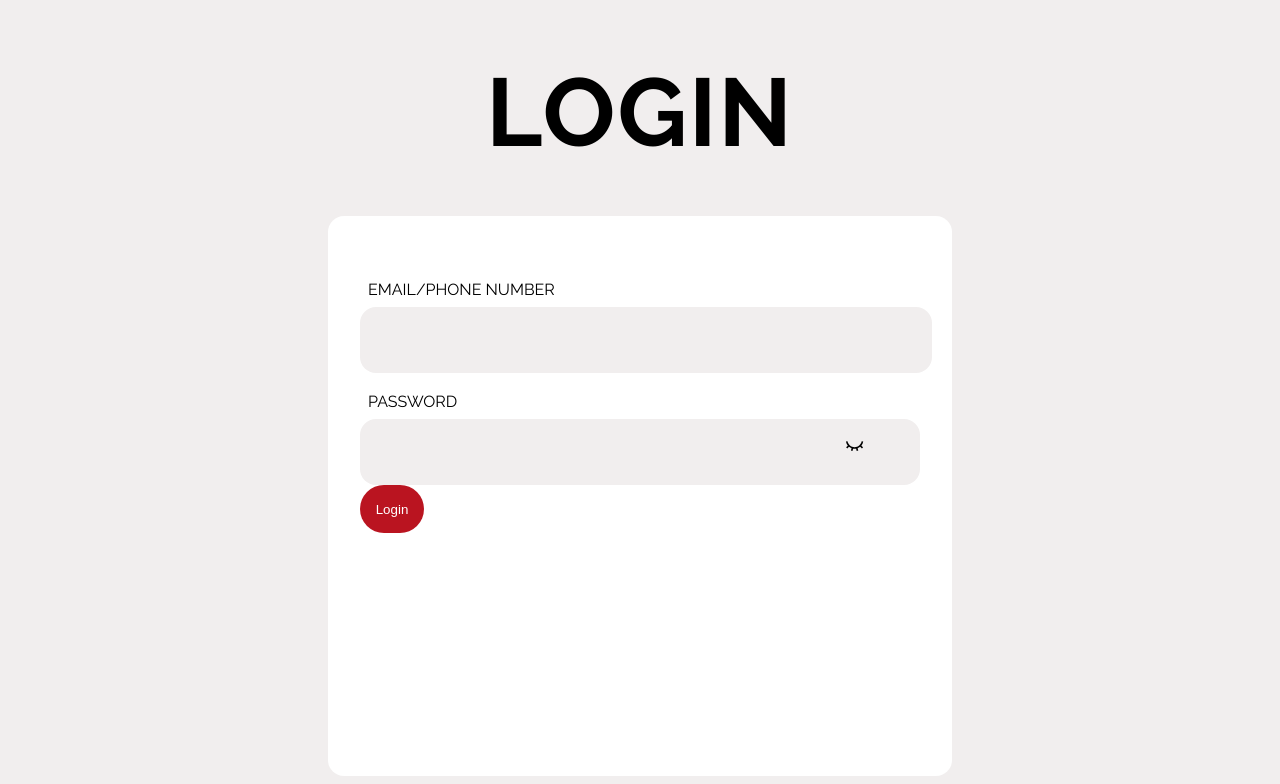
Repository: rehamtaher10/thirdReactTask
Page: /
These files come from the project's save history. The page is drawn as it stood at one moment and after a run of saves; the edit follows.
The browser window is 1280 px wide. The pictures show the whole page.
The project was rebuilt for these pictures with package versions that can differ from the ones it lists, and the page was loaded fresh each time. Also part of the build but not shown: vite.config.js, src/components/HomePage/Home.jsx, src/style/navBar.css, src/components/Navbar.jsx, src/components/Layout/Layout.jsx, src/components/AboutPage/About.jsx, src/style/contactUs.css, src/components/ContactUsPage/ContactUs.jsx and 2 more.

Above is the page before, as saved 2024-12-02 01:02:48.

### src/App.jsx
import React from "react";
import Home from "./components/HomePage/Home";
import { createBrowserRouter, RouterProvider } from "react-router-dom";
import Layout from "./components/Layout/Layout";
import About from "./components/AboutPage/About";
import ContactUs from "./components/ContactUsPage/ContactUs";
import Service from "./components/ServicePage/Service";
import LoginPage from "./components/loginPage/LoginPage"

export default function App() {
  const Routing = createBrowserRouter([
    { path: "", element: <LoginPage /> },
    {
      path: "home",
      element: <Layout />,
      // errorElement: <h1>404 Not Found</h1>,
      children: [
        { path: "", element: <Home /> },
        { path: "about", element: <About /> },
        { path: "service", element: <Service /> },
        {
          path: "contact",
          element: <ContactUs />,
          children: [
            { index: true, element: <h1>Contact us Form</h1> },
            { path: "location", element: <h1>Contact us Location</h1> },
            { path: "emails", element: <h1>Contact us Emails</h1> },
            { path: "phone-number", element: <h1>Phone Number</h1> },
          ],
        },
        { path: "*", element: <section>Not Found Page</section> },
      ],
    },
  ]);
  return <RouterProvider router={Routing} />;
}

### src/components/loginPage/LoginPage.jsx
import { Form, Formik } from "formik";
import React from "react";
import { useNavigate } from "react-router-dom";
import * as Yup from "yup";
import WrapperInput from "../wrapperInput/WrapperInput";
import "../../style/loginPage.css";
export default function LoginPage() {
  const navigate = useNavigate();

  const validationSchema = Yup.object({
    email: Yup.string()
      .email("Must Be Like E-mail Format")
      .required("E-mail is Requird"),
    password: Yup.string().min(7).max(15).required("Password is Requird"),
  });
  const initialValues = {
    email: "",
    password: "",
  };
  const onSubmit = (values) => {
    console.log(values);
    navigate("/home");
  };

  return (
    <div className="loginComponent">
      <h1>Login</h1>
      <Formik
        initialValues={initialValues}
        onSubmit={onSubmit}
        validationSchema={validationSchema}
      >
        <Form>

          <WrapperInput name={"email"} label="Email/PHONE NUMBER" isDefault />
          <br/>
          <WrapperInput name={"password"}  label="PASSWORD" isPassword />
          <button type="submit" className="loginButton">login</button>
        </Form>
      </Formik>
    </div>
  );
}

### src/components/wrapperInput/WrapperInput.jsx
import { ErrorMessage, Field } from "formik";
import React from "react";
import ErrorMessageField from "./ErrorMessageField";
import { RiEyeLine, RiEyeCloseLine } from "react-icons/ri";
import { useState } from "react";

export default function WrapperInput({
  name,
  placeholder,
  isDefault,
  isPassword,
  label,
}) {
  const [showPassword, setShowPassword] = useState(false);

  const togglePasswordVisibility = () => {
    setShowPassword((prev) => !prev);
  };
  return (
    <div className="wrapper_input">
      {label && <label htmlFor={name}>{label}</label>}
      <br />
      {isDefault && <Field name={name} placeholder={placeholder} />}
      {isPassword && (
        <div className="password-wrapper">
          <Field id={name} name={name}>
            {({ field }) => (
              <input
                type={showPassword ? "text" : "password"}
                {...field}
                placeholder={placeholder}
                autoComplete="off" /* Disables browser icon */
                className="custom-password-input"
              />
            )}
          </Field>
          <button
            type="button"
            onClick={togglePasswordVisibility}
            className="toggle-password-btn"
            aria-label="Toggle password visibility"
          >
            {showPassword ? <RiEyeLine /> : <RiEyeCloseLine />}
          </button>
        </div>
      )}
      <ErrorMessage name={name} component={ErrorMessageField} />
    </div>
  );
}

// React Basics (Folder Structure - Components - Props - State)
// Style (External - Sass + Bem - Bootrstrap  - MUI)
// Hooks (UseState - UseEffect - UseContext - UseRef)
// Routes (React Router Dom)
// Formik + Yup
// State Management (React Query + Redux)

### src/style/loginPage.css
@import url('https://fonts.googleapis.com/css2?family=Raleway:ital,wght@0,100..900;1,100..900&display=swap');

body {
  background-color: rgb(241, 238, 238);
}
.loginComponent {
  display: flex;
  flex-direction: column;
  justify-content: center;
  align-items: center;
}
.loginComponent h1 {
  font-family: "Raleway", sans-serif;
  font-size: 6rem;
  text-transform: uppercase;
  letter-spacing: 2px;
  margin-block: 3rem;
}
.loginComponent form{
    font-family: "Raleway", sans-serif;
    background-color: white;
    width: 35rem;
    height: 27rem;
    border-radius: 1rem;
    padding-inline: 2rem;
    padding-block: 4rem;
}
.loginComponent form label{
    text-transform: uppercase;
    padding-inline: .5rem;
}
.loginComponent form input{
    width: 100%;
    height: 4rem;
    background-color: rgb(241, 238, 238);
    border: none;
    border-radius: 1rem;
    margin-top: .5rem;
    padding-inline-start: 10px;
}
.loginComponent form .loginButton{
    border: none;
    border-radius: 2rem;
    background-color: #ba1420;
    text-align: center;
    color: white;
    text-transform: capitalize;
    width: 4rem;
    height: 3rem;
    margin-block: ;
}
.error {
    color: #ba1420;
  }
  .password-wrapper {
    position: relative;
    display: flex;
    align-items: center;
  }

  .toggle-password-btn {
    position: absolute;
    right: 50px;
    background: none;
    border: none;
    cursor: pointer;
    font-size: 1.2rem;
  }
  .custom-password-input::-ms-reveal,
  .custom-password-input::-ms-clear {
    display: none;
  }

  .custom-password-input::-webkit-inner-spin-button,
  .custom-password-input::-webkit-outer-spin-button,
  .custom-password-input::-webkit-textfield-decoration-container {
    display: none;
  }

  .custom-password-input {
    -webkit-text-security: none; /* Removes browser styling */
  }

Loaded but not shown: index.html (common file); src/main.jsx (common file)

After the next 2 saves:
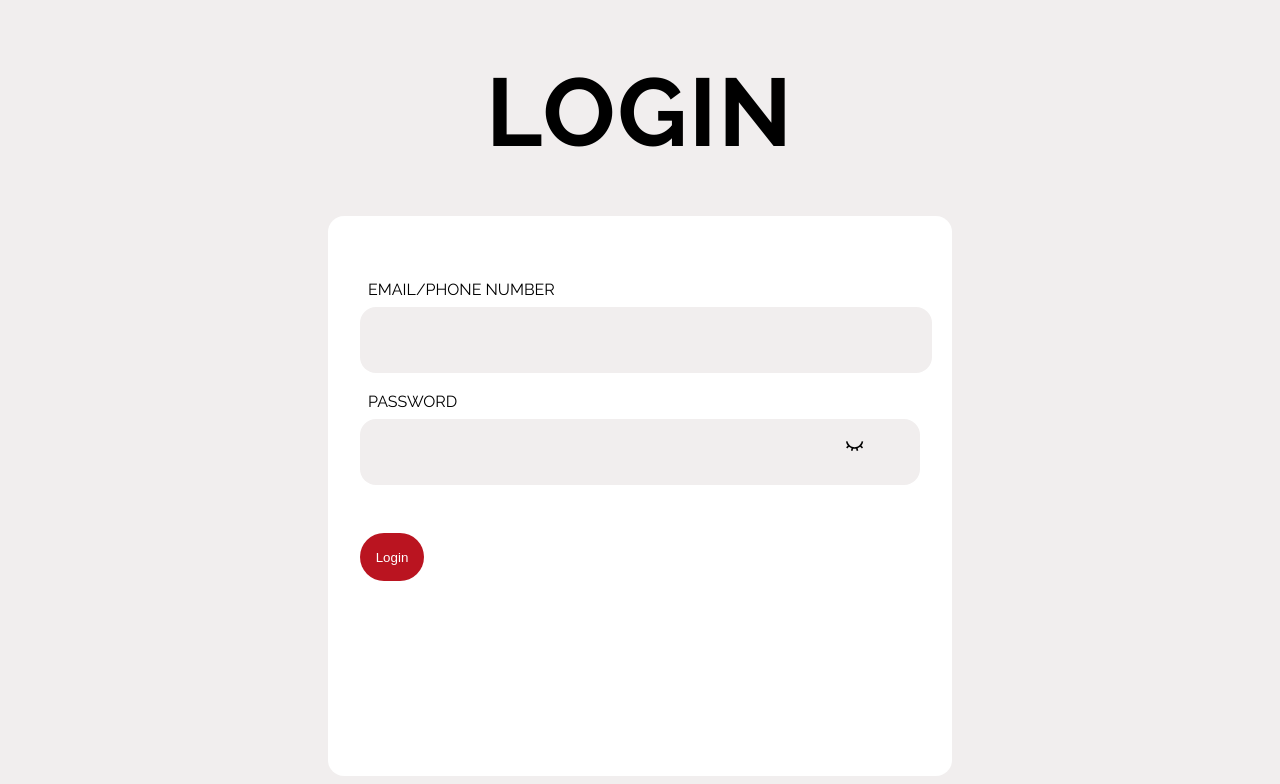
The 2 saves are shown as one change because they came seconds apart.
The last was saved 8 s later.
--- a/src/style/loginPage.css
+++ b/src/style/loginPage.css
@@ -47,7 +47,7 @@ body {
     text-transform: capitalize;
     width: 4rem;
     height: 3rem;
-    margin-block: ;
+    margin-top:3rem ;
 }
 .error {
     color: #ba1420;
